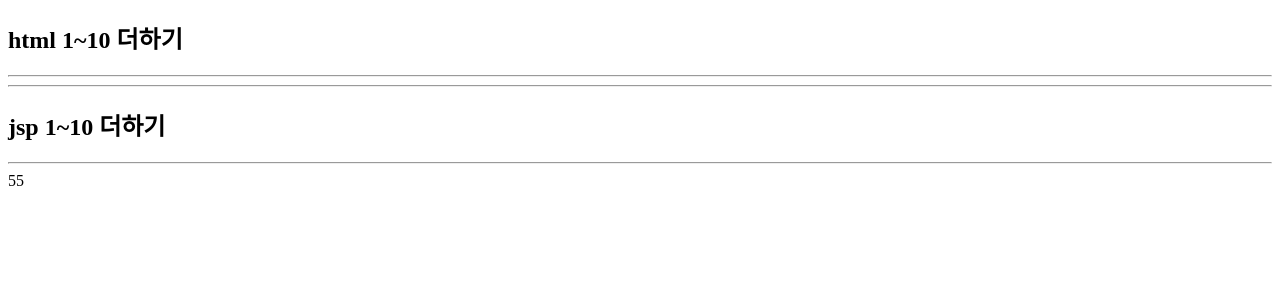
Repository: Leewonhoo/kostaweb
Page: http://localhost/Web_hello/LoopTest.jsp
An editor plug-in stored every save of this project. The page is shown before and after the next save, followed by the edit.
The browser window is 1280 px wide. The pictures show the whole page.
The page is served by Tomcat 9.

Above is the page before, as saved 2017-09-15 05:11:40.

After the next save:
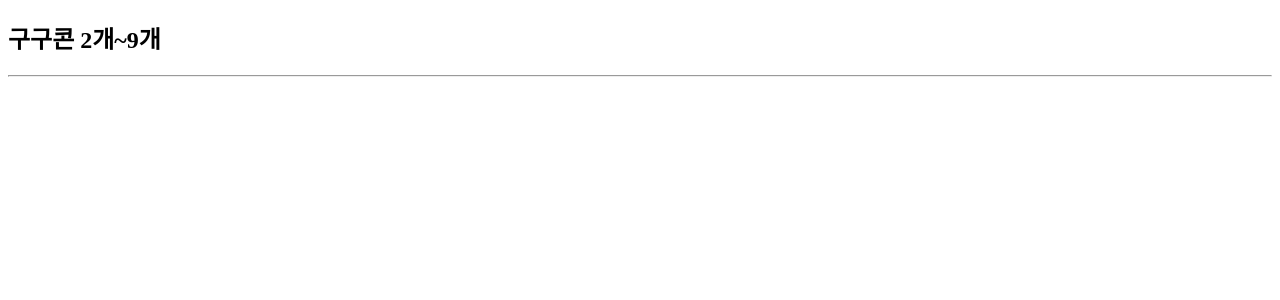
Saved 3 min 44 s later.
--- a/Web_hello/WebContent/LoopTest.jsp
+++ b/Web_hello/WebContent/LoopTest.jsp
@@ -7,19 +7,11 @@
 <title>LoopTest</title>
 </head>
 <body>
-	<h2>html 1~10 더하기</h2>
+	<h2>구구콘 2개~9개</h2>
 	<hr>
-	<hr>
-	<h2>jsp 1~10 더하기</h2>
-	<hr>
-	<%
-			int sum = 0;
-			for (int i=1; i<11; i++){
-				sum+=i;
-			}
-	%>
-	<%= sum %>
+	<table>
 
 
+	</table>
 </body>
 </html>
